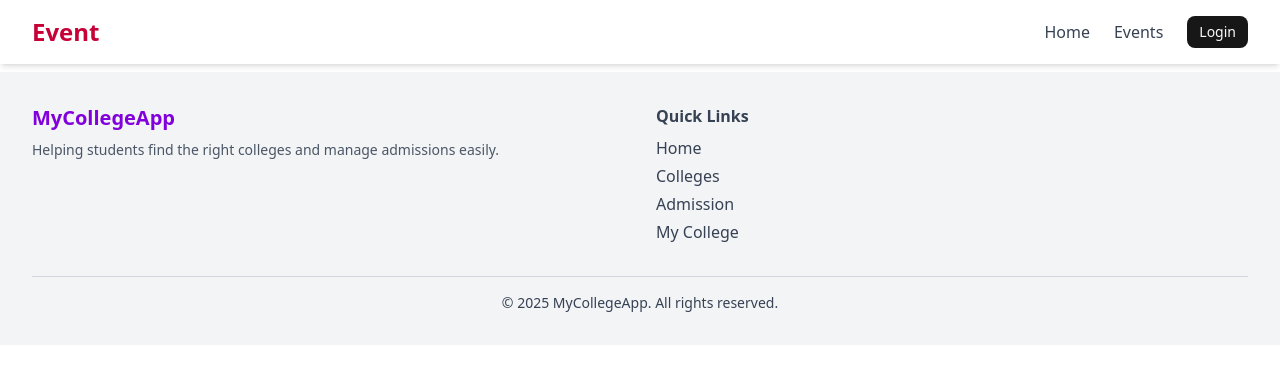
Repository: shshafin/event-client
Page: /profile
The author's editor kept a copy of each file at every save. The page is drawn from the files as they stood at one save, then again after a run of saves.
The browser window is 1280 px wide. The pictures show the whole page.
The page's requests for data from a server got no answer. The project was rebuilt for these pictures with package versions that can differ from the ones it lists, and the page was loaded fresh each time. The framework's server and built-in components were replaced by stand-ins that run in the browser. No one was signed in, and anything a server would have sent is missing. Also part of the build but not shown: next.config.ts, src/components/ui/dropdown-menu.tsx.

Above is the page before, as saved 2025-10-30 12:36:21.

### src/app/layout.tsx
import "@/styles/globals.css";
import { Viewport } from "next";
import clsx from "clsx";

import { fontSans } from "@/config/font";
import { Providers } from "@/lib/provider";

export const viewport: Viewport = {
  themeColor: [
    { media: "(prefers-color-scheme: light)", color: "white" },
    { media: "(prefers-color-scheme: dark)", color: "black" },
  ],
};

export default function RootLayout({
  children,
}: {
  children: React.ReactNode;
}) {
  return (
    <html
      suppressHydrationWarning
      lang="en">
      <head />
      <body
        className={clsx(
          "min-h-screen bg-background font-sans antialiased",
          fontSans.variable
        )}>
        <Providers>{children}</Providers>
      </body>
    </html>
  );
}

### src/app/(withCommonLayout)/layout.tsx
import Footer from "@/components/ui/Footer";
import Navbar from "@/components/ui/Navbar";
import React from "react";

const withCommonLayout = ({ children }: { children: React.ReactNode }) => {
  return (
    <div className="relative flex flex-col h-screen">
      <Navbar />
      <main>{children}</main>
      <Footer />
    </div>
  );
};

export default withCommonLayout;

### src/app/(withCommonLayout)/profile/page.tsx
/* eslint-disable @next/next/no-img-element */
"use client";

import Container from "@/components/ui/Container";
import { useGetMyAdmissions } from "@/hooks/admission.hook";
import {
  Card,
  CardContent,
  CardFooter,
  CardHeader,
  CardTitle,
} from "@/components/ui/card";
import {
  Calendar,
  User,
  Mail,
  Phone,
  Home,
  GraduationCap,
  Edit2,
} from "lucide-react";
import { Button } from "@/components/ui/button";
import { envConfig } from "@/config/envConfig";
import { useRouter } from "next/navigation";
import { useUser } from "@/context/user.provider";

export default function MyProfile() {
  const router = useRouter();
  const { user } = useUser();

  return <h1 className="text-">hello</h1>;
}

### src/lib/provider/index.tsx
"use client";

import * as React from "react";
import { QueryClient, QueryClientProvider } from "@tanstack/react-query";
import { Toaster } from "sonner";
import UserProvider from "@/context/user.provider";

export interface ProvidersProps {
  children: React.ReactNode;
}

export function Providers({ children }: ProvidersProps) {
  const queryClient = new QueryClient();

  return (
    <QueryClientProvider client={queryClient}>
      <UserProvider>
        <Toaster
          richColors
          position="top-center"
          closeButton
        />
        {children}
      </UserProvider>
    </QueryClientProvider>
  );
}

### src/components/ui/Footer.tsx
"use client";

import Link from "next/link";

export default function Footer() {
  return (
    <footer className="bg-gray-100 dark:bg-gray-900 text-gray-700 dark:text-gray-300 py-8 mt-12">
      <div className="max-w-7xl mx-auto px-4 sm:px-6 lg:px-8">
        <div className="grid grid-cols-1 md:grid-cols-2 gap-8">
          {/* Logo & description */}
          <div>
            <span className="font-bold text-xl text-purple-700">
              MyCollegeApp
            </span>
            <p className="mt-2 text-sm text-gray-600 dark:text-gray-400">
              Helping students find the right colleges and manage admissions
              easily.
            </p>
          </div>

          {/* Quick Links */}
          <div>
            <h3 className="font-semibold mb-2">Quick Links</h3>
            <ul className="space-y-1">
              <li>
                <Link
                  href="/"
                  className="hover:text-purple-700">
                  Home
                </Link>
              </li>
              <li>
                <Link
                  href="/college"
                  className="hover:text-purple-700">
                  Colleges
                </Link>
              </li>
              <li>
                <Link
                  href="/admission"
                  className="hover:text-purple-700">
                  Admission
                </Link>
              </li>
              <li>
                <Link
                  href="/my-college"
                  className="hover:text-purple-700">
                  My College
                </Link>
              </li>
            </ul>
          </div>
        </div>

        <div className="mt-8 border-t border-gray-300 dark:border-gray-700 pt-4 text-center text-sm">
          © {new Date().getFullYear()} MyCollegeApp. All rights reserved.
        </div>
      </div>
    </footer>
  );
}

### src/components/ui/Navbar.tsx
"use client";

import { useState } from "react";
import Link from "next/link";
import {
  MenuIcon,
  XIcon,
  LogOutIcon,
  UserIcon,
  PlusCircle,
} from "lucide-react";
import { Button } from "@/components/ui/button";
import {
  DropdownMenu,
  DropdownMenuTrigger,
  DropdownMenuContent,
  DropdownMenuItem,
} from "@/components/ui/dropdown-menu";
import { useUser } from "@/context/user.provider";
import { logoutUser } from "@/services/AuthService";
import { useRouter } from "next/navigation";

export default function Navbar() {
  const [isOpen, setIsOpen] = useState(false);
  const toggleMenu = () => setIsOpen(!isOpen);

  const { user, setUser } = useUser();
  const router = useRouter();

  const handleLogout = async () => {
    await logoutUser();
    setUser(null);
    router.push("/login");
  };

  return (
    <nav className="bg-white dark:bg-gray-900 shadow-md fixed w-full z-50">
      <div className="max-w-7xl mx-auto px-4 sm:px-6 lg:px-8">
        <div className="flex justify-between h-16 items-center">
          {/* Logo */}
          <Link href="/">
            <div className="text-2xl font-bold text-rose-700">Event</div>
          </Link>

          {/* Desktop Menu */}
          <div className="hidden md:flex items-center space-x-6">
            <Link
              href="/"
              className="text-gray-700 hover:text-rose-700">
              Home
            </Link>
            <Link
              href="/events"
              className="text-gray-700 hover:text-rose-700">
              Events
            </Link>

            {user && (
              <Link
                href="/my-bookings"
                className="text-gray-700 hover:text-rose-700">
                My Bookings
              </Link>
            )}

            {/* ✅ Only admin can see Add Event */}
            {user?.role === "admin" && (
              <Link
                href="/add-event"
                className="flex items-center gap-1 text-gray-700 hover:text-rose-700">
                <PlusCircle className="w-4 h-4" /> Add Event
              </Link>
            )}

            {/* User Dropdown */}
            {user ? (
              <DropdownMenu>
                <DropdownMenuTrigger asChild>
                  <Button className="w-auto px-3 h-8 rounded-full bg-rose-700 text-white flex items-center justify-center font-semibold">
                    {user.username || "User"}
                  </Button>
                </DropdownMenuTrigger>
                <DropdownMenuContent align="end">
                  <DropdownMenuItem asChild>
                    <Link
                      href="/profile"
                      className="flex items-center gap-2">
                      <UserIcon className="w-4 h-4" /> My Profile
                    </Link>
                  </DropdownMenuItem>
                  <DropdownMenuItem
                    className="flex items-center gap-2"
                    onClick={handleLogout}>
                    <LogOutIcon className="w-4 h-4" /> Logout
                  </DropdownMenuItem>
                </DropdownMenuContent>
              </DropdownMenu>
            ) : (
              <Link href="/login">
                <Button
                  size="sm"
                  variant="default">
                  Login
                </Button>
              </Link>
            )}
          </div>

          {/* Mobile Menu Button */}
          <div className="flex items-center md:hidden">
            <button
              onClick={toggleMenu}
              className="text-gray-700 hover:text-rose-700 focus:outline-none">
              {isOpen ? (
                <XIcon className="w-6 h-6" />
              ) : (
                <MenuIcon className="w-6 h-6" />
              )}
            </button>
          </div>
        </div>
      </div>

      {/* Mobile Menu */}
      {isOpen && (
        <div className="md:hidden bg-white dark:bg-gray-900 px-2 pt-2 pb-3 space-y-1 shadow-md">
          <Link
            href="/"
            className="block px-3 py-2 rounded-md text-gray-700 hover:text-rose-700 hover:bg-gray-100">
            Home
          </Link>
          <Link
            href="/events"
            className="block px-3 py-2 rounded-md text-gray-700 hover:text-rose-700 hover:bg-gray-100">
            Events
          </Link>

          {user && (
            <Link
              href="/my-bookings"
              className="block px-3 py-2 rounded-md text-gray-700 hover:text-rose-700 hover:bg-gray-100">
              My Bookings
            </Link>
          )}

          {user?.role === "admin" && (
            <Link
              href="/add-event"
              className="block px-3 py-2 rounded-md text-gray-700 hover:text-rose-700 hover:bg-gray-100">
              Add Event
            </Link>
          )}

          {/* Mobile User Menu */}
          {user ? (
            <div className="px-3 py-2">
              <DropdownMenu>
                <DropdownMenuTrigger asChild>
                  <Button className="w-auto px-3 h-8 rounded-full bg-rose-700 text-white flex items-center justify-center font-semibold">
                    {user.username || "User"}
                  </Button>
                </DropdownMenuTrigger>
                <DropdownMenuContent align="end">
                  <DropdownMenuItem asChild>
                    <Link
                      href="/profile"
                      className="flex items-center gap-2">
                      <UserIcon className="w-4 h-4" /> My Profile
                    </Link>
                  </DropdownMenuItem>
                  <DropdownMenuItem
                    className="flex items-center gap-2"
                    onClick={handleLogout}>
                    <LogOutIcon className="w-4 h-4" /> Logout
                  </DropdownMenuItem>
                </DropdownMenuContent>
              </DropdownMenu>
            </div>
          ) : (
            <Link
              href="/login"
              className="block cursor-pointer px-3 py-2">
              <Button
                size="sm"
                variant="default"
                className="w-full">
                Login
              </Button>
            </Link>
          )}
        </div>
      )}
    </nav>
  );
}

### src/context/user.provider.tsx
"use client";

import {
  createContext,
  Dispatch,
  SetStateAction,
  useContext,
  useEffect,
  useState,
} from "react";
import { IUser } from "../types";
import { getCurrentUser } from "../services/AuthService";

interface IUserProviderValues {
  user: IUser | null;
  isLoading: boolean;
  setUser: (user: IUser | null) => void;
  setIsLoading: Dispatch<SetStateAction<boolean>>;
}

const UserContext = createContext<IUserProviderValues | undefined>(undefined);

const UserProvider = ({ children }: { children: React.ReactNode }) => {
  const [user, setUser] = useState<IUser | null>(null);
  const [isLoading, setIsLoading] = useState(true);

  const handleUser = async () => {
    try {
      const user = await getCurrentUser();
      setUser(user);
    } catch (error) {
      console.error("Failed to fetch user:", error);
      setUser(null);
    } finally {
      setIsLoading(false);
    }
  };

  useEffect(() => {
    handleUser();
  }, []);

  return (
    <UserContext.Provider value={{ user, setUser, isLoading, setIsLoading }}>
      {children}
    </UserContext.Provider>
  );
};

export const useUser = () => {
  const context = useContext(UserContext);

  if (context === undefined) {
    throw new Error("useUser must be used within the UserProvider context");
  }

  return context;
};

export default UserProvider;

### src/components/ui/button.tsx
import * as React from "react"
import { Slot } from "@radix-ui/react-slot"
import { cva, type VariantProps } from "class-variance-authority"

import { cn } from "@/lib/utils"

const buttonVariants = cva(
  "inline-flex items-center justify-center gap-2 whitespace-nowrap rounded-md text-sm font-medium transition-all disabled:pointer-events-none disabled:opacity-50 [&_svg]:pointer-events-none [&_svg:not([class*='size-'])]:size-4 shrink-0 [&_svg]:shrink-0 outline-none focus-visible:border-ring focus-visible:ring-ring/50 focus-visible:ring-[3px] aria-invalid:ring-destructive/20 dark:aria-invalid:ring-destructive/40 aria-invalid:border-destructive",
  {
    variants: {
      variant: {
        default: "bg-primary text-primary-foreground hover:bg-primary/90",
        destructive:
          "bg-destructive text-white hover:bg-destructive/90 focus-visible:ring-destructive/20 dark:focus-visible:ring-destructive/40 dark:bg-destructive/60",
        outline:
          "border bg-background shadow-xs hover:bg-accent hover:text-accent-foreground dark:bg-input/30 dark:border-input dark:hover:bg-input/50",
        secondary:
          "bg-secondary text-secondary-foreground hover:bg-secondary/80",
        ghost:
          "hover:bg-accent hover:text-accent-foreground dark:hover:bg-accent/50",
        link: "text-primary underline-offset-4 hover:underline",
      },
      size: {
        default: "h-9 px-4 py-2 has-[>svg]:px-3",
        sm: "h-8 rounded-md gap-1.5 px-3 has-[>svg]:px-2.5",
        lg: "h-10 rounded-md px-6 has-[>svg]:px-4",
        icon: "size-9",
        "icon-sm": "size-8",
        "icon-lg": "size-10",
      },
    },
    defaultVariants: {
      variant: "default",
      size: "default",
    },
  }
)

function Button({
  className,
  variant,
  size,
  asChild = false,
  ...props
}: React.ComponentProps<"button"> &
  VariantProps<typeof buttonVariants> & {
    asChild?: boolean
  }) {
  const Comp = asChild ? Slot : "button"

  return (
    <Comp
      data-slot="button"
      className={cn(buttonVariants({ variant, size, className }))}
      {...props}
    />
  )
}

export { Button, buttonVariants }

### src/services/AuthService/index.ts
"use server";
import { axiosInstance } from "@/lib/AxiosInstance";
import { cookies } from "next/headers";
import { FieldValues } from "react-hook-form";

// ! Register User
export const registerUser = async (userData: FieldValues) => {
  try {
    const { data } = await axiosInstance.post("/users/register", userData);
    return data;
  } catch (error: any) {
    throw new Error(error);
  }
};

// ! Login User
export const loginUser = async (userData: FieldValues) => {
  try {
    const { data } = await axiosInstance.post("/auth/login", userData);
    if (data?.success) {
      (await cookies()).set("access_token", data?.data?.accessToken);
    }
    return data;
  } catch (error: any) {
    throw new Error(error);
  }
};

// ! Logout User
export const logoutUser = async () => {
  (await cookies()).delete("access_token");
};

// ! get user
export const getCurrentUser = async () => {
  const accessToken = (await cookies()).get("access_token")?.value;

  if (!accessToken) return null;

  try {
    const { data } = await axiosInstance.get("/auth/me", {
      headers: {
        Authorization: `Bearer ${accessToken}`,
      },
    });

    return data;
  } catch (err) {
    console.error("Failed to fetch current user:", err);
    return null;
  }
};

### src/lib/AxiosInstance/index.ts
"use server";

import { envConfig } from "@/config/envConfig";
import axios from "axios";
import { cookies } from "next/headers";

export const axiosInstance = axios.create({
  baseURL: envConfig.base_Api,
});

axiosInstance.interceptors.request.use(
  async (config) => {
    try {
      const cookieStore = await cookies(); //
      const cookie = cookieStore.get("accessToken");
      const accessToken = cookie?.value;

      if (accessToken && config.headers) {
        config.headers.Authorization = `Bearer ${accessToken}`;
      }

      return config;
    } catch (err) {
      console.error("Axios request interceptor error:", err);
      return config;
    }
  },
  (error) => {
    return Promise.reject(error);
  }
);

axiosInstance.interceptors.response.use(
  (response) => response,
  (error) => {
    console.error(
      "Axios response error:",
      error.response?.data || error.message
    );
    return Promise.reject(error);
  }
);

### src/config/envConfig.ts
export const envConfig = {
  base_Api: process.env.NEXT_PUBLIC_BASE_API,
  base_Url: process.env.NEXT_PUBLIC_BASE_URL,
};

Loaded but not shown: src/styles/globals.css (common file); src/config/font.ts (common file); src/lib/utils.ts (common file)

After the next 2 saves:
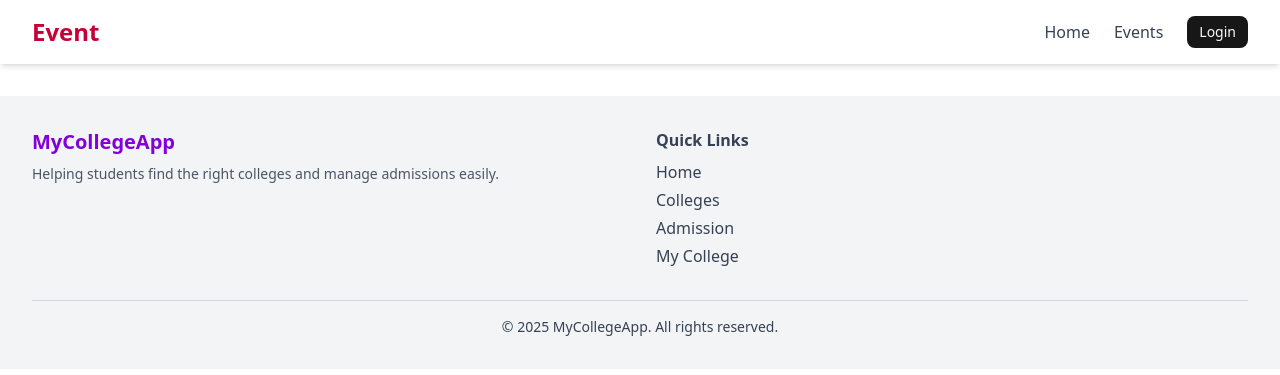
The 2 saves are shown as one change because they came seconds apart.
The last was saved 7 s later.
--- a/src/app/(withCommonLayout)/profile/page.tsx
+++ b/src/app/(withCommonLayout)/profile/page.tsx
@@ -28,5 +28,5 @@ export default function MyProfile() {
   const router = useRouter();
   const { user } = useUser();
 
-  return <h1 className="text-">hello</h1>;
+  return <h1 className="text-5xl text-black">hello</h1>;
 }
